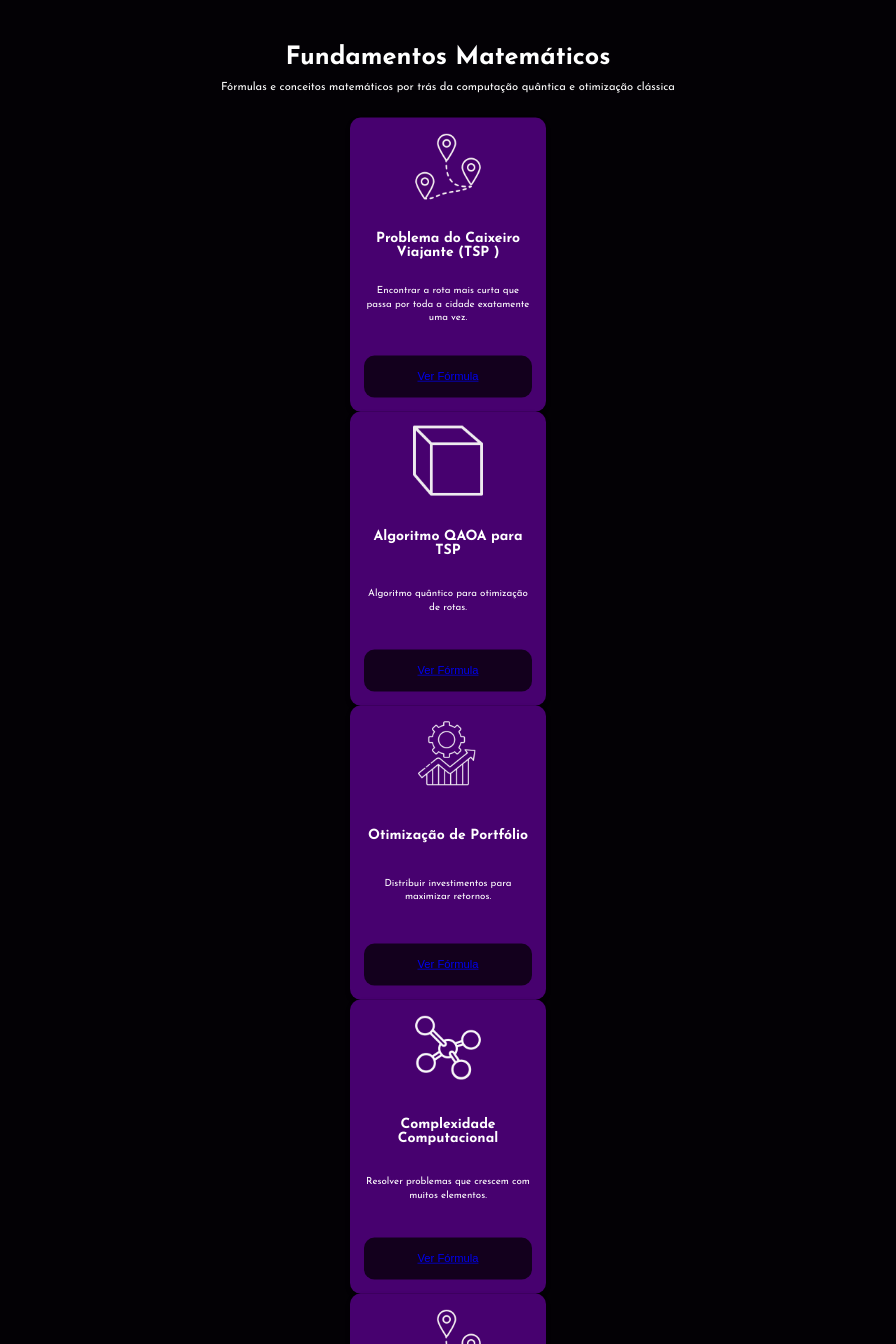
Repository: Everson9/Projeto-de-escalabilidade-quantica-definitivo
Page: fundamentos.html
These files come from the project's save history. The page is drawn as it stood at one moment and after the next save; the edit follows.
The browser window is 1280 px wide. The pictures show the part of the page from y = 0 to 1920 px (the page is 3528 px tall before and 720 px after), at 70% of full size.

Above is the page before, as saved 2025-10-01 09:54:20.

### fundamentos.html
<!DOCTYPE html>
<html lang="pt-br">
<head>
    <meta charset="UTF-8">
    <meta name="viewport" content="width=device-width, initial-scale=1.0">
    <title>Carrossel Infinito</title>
    <link rel="stylesheet" href="fundamentos.css">
    <link href="https://fonts.googleapis.com/css2?family=Josefin+Sans:wght@400;700&display=swap" rel="stylesheet">
</head>
<body>

    <div class="fundamentos-matematicos">
        <h1>Fundamentos Matemáticos</h1>
        <p>Fórmulas e conceitos matemáticos por trás da computação quântica e otimização clássica</p>
    </div>

    <!-- Container do Carrossel -->
    <div class="carousel-container">
        <div class="carousel-track">
            <!-- Cards Originais -->
            <div class="formula_1">
                <img src="imgs_icones/CaixeiroViajante.png" alt="Ícone do Problema do Caixeiro Viajante">
                <h4>Problema do Caixeiro Viajante (TSP )</h4>
                <p>Encontrar a rota mais curta que passa por toda a cidade exatamente uma vez.</p>
                <button class="button"><a href="caixeiroviajante.html">Ver Fórmula</a></button>
            </div>
            <div class="formula_1">
                <img src="imgs_icones/QAOA.png" alt="Ícone do Algoritmo QAOA">
                <h4>Algoritmo QAOA para TSP</h4>
                <p>Algoritmo quântico para otimização de rotas.</p>
                <button class="button"><a href="AlgoritmoQAOA.html">Ver Fórmula</a></button>
            </div>
            <div class="formula_1">
                <img src="imgs_icones/OtimizacaoPortfolio.png" alt="Ícone de Otimização de Portfólio">
                <h4>Otimização de Portfólio</h4>
                <p>Distribuir investimentos para maximizar retornos.</p>
                <button class="button"><a href="Portifolio.html">Ver Fórmula</a></button>
            </div>
            <div class="formula_1">
                <img src="imgs_icones/ComplexidadeComputacional.png" alt="Ícone de Complexidade Computacional">
                <h4>Complexidade Computacional</h4>
                <p>Resolver problemas que crescem com muitos elementos.</p>
                <button class="button"><a href="Complexidade.html">Ver Fórmula</a></button>
            </div>

            <!-- Cards Duplicados para o Efeito Infinito -->
            <div class="formula_1">
                <img src="imgs_icones/CaixeiroViajante.png" alt="Ícone do Problema do Caixeiro Viajante">
                <h4>Problema do Caixeiro Viajante (TSP)</h4>
                <p>Encontrar a rota mais curta que passa por toda a cidade exatamente uma vez.</p>
                <button class="button"><a href="caixeiroviajante.html">Ver Fórmula</a></button>
            </div>
            <div class="formula_1">
                <img src="imgs_icones/QAOA.png" alt="Ícone do Algoritmo QAOA">
                <h4>Algoritmo QAOA para TSP</h4>
                <p>Algoritmo quântico para otimização de rotas.</p>
                <button class="button"><a href="AlgoritmoQAOA.html">Ver Fórmula</a></button>
            </div>
            <div class="formula_1">
                <img src="imgs_icones/OtimizacaoPortfolio.png" alt="Ícone de Otimização de Portfólio">
                <h4>Otimização de Portfólio</h4>
                <p>Distribuir investimentos para maximizar retornos.</p>
                <button class="button"><a href="Portifolio.html">Ver Fórmula</a></button>
            </div>
            <div class="formula_1">
                <img src="imgs_icones/ComplexidadeComputacional.png" alt="Ícone de Complexidade Computacional">
                <h4>Complexidade Computacional</h4>
                <p>Resolver problemas que crescem com muitos elementos.</p>
                <button class="button"><a href="Complexidade.html">Ver Fórmula</a></button>
            </div>
        </div>
    </div>

</body>
</html>

### fundamentos.css
body {
    background-color: #030105;
    font-family: 'Josefin Sans', sans-serif;
    color: #fff;
    margin: 0;
    padding: 0;
    display: flex;
    flex-direction: column;
    align-items: center;
    justify-content: flex-start;
    text-decoration: none;
    overflow-x: hidden; /* Esconde a barra de rolagem horizontal */
}

.fundamentos-matematicos {
    text-align: center;
    color: white;
    margin-top: 40px;
    margin-bottom: 20px;
}

h1 {
    font-size: 36px;
    margin-bottom: 10px;
}

/* Estilos dos Cards */
.formula_1 {
    width: 240px;
    height: 380px;
    background-color: #7703BA96;
    border-radius: 15px;
    padding: 20px;
    display: flex;
    flex-direction: column;
    justify-content: space-between;
    box-shadow: 0 4px 8px rgba(0, 0, 0, 0.2);
    margin: 0 20px; /* Espaçamento entre os cards */
    flex-shrink: 0; /* Impede que os cards encolham */
}

.formula_1 h4 {
    font-size: 20px;
    margin-bottom: 10px;
    text-align: center;
}

.formula_1 img {
    width: 100px;
    height: 100px;
    margin: 0 auto;
}

.formula_1 p {
    text-align: center;
    font-size: 14px;
    line-height: 1.4;
    margin-top: 10px;
}

.button {
    background-color: #030105C2;
    border: none;
    padding: 10px;
    color: white;
    font-size: 16px;
    text-align: center;
    height: 60px;
    border-radius: 15px;
    cursor: pointer;
    text-decoration: none;
    margin-top: 15px;
    transition: background-color 0.3s;
}

.button:hover {
    background-color: #ffffffc2;
    color: #030105;
}

/* --- Novas Classes para o Carrossel --- */

After the next save:
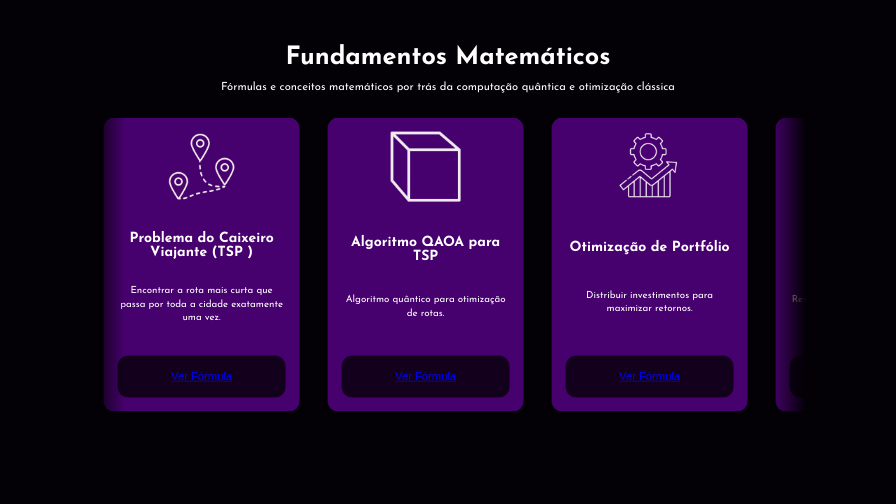
Saved 5 s later.
--- a/fundamentos.css
+++ b/fundamentos.css
@@ -79,3 +79,56 @@
 }
 
 /* --- Novas Classes para o Carrossel --- */
+
+.carousel-wrapper {
+    position: relative; /* Necessário para posicionar as setas */
+    width: 100%;
+    display: flex;
+    align-items: center;
+    justify-content: center;
+}
+
+.carousel-container {
+    width: 80%; /* Ajuste a largura conforme necessário */
+    overflow: hidden;
+    -webkit-mask-image: linear-gradient(to right, transparent, black 5%, black 95%, transparent);
+    mask-image: linear-gradient(to right, transparent, black 5%, black 95%, transparent);
+}
+
+.carousel-track {
+    display: flex;
+    /* Removemos a animação automática */
+    transition: transform 0.5s ease-in-out; /* Adiciona uma transição suave */
+}
+
+.carousel-btn {
+    position: absolute;
+    top: 50%;
+    transform: translateY(-50%);
+    background-color: rgba(3, 1, 5, 0.8);
+    color: white;
+    border: 1px solid #7703BA;
+    border-radius: 50%;
+    width: 50px;
+    height: 50px;
+    display: flex;
+    align-items: center;
+    justify-content: center;
+    font-size: 24px;
+    cursor: pointer;
+    z-index: 10;
+    transition: background-color 0.3s, transform 0.2s;
+}
+
+.carousel-btn:hover {
+    background-color: #7703BA;
+    transform: translateY(-50%) scale(1.1);
+}
+
+#prev-btn {
+    left: 20px; /* Posição da seta esquerda */
+}
+
+#next-btn {
+    right: 20px; /* Posição da seta direita */
+}
